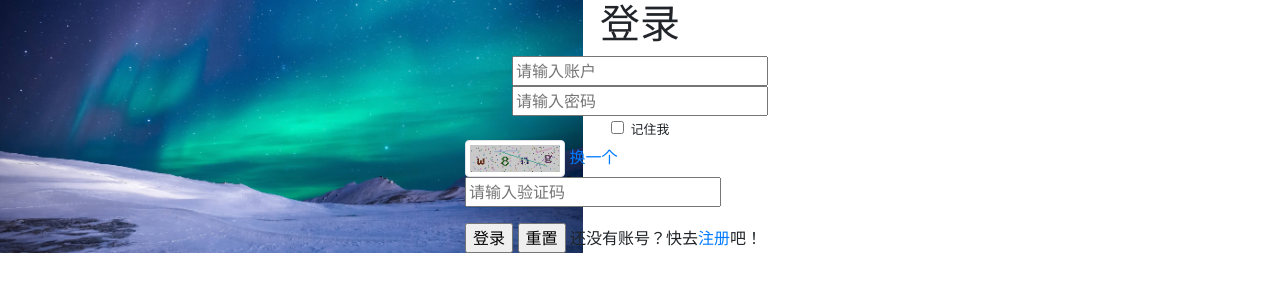
Repository: DHUAVH/Blog
Page: http://localhost/login.php
These files come from the project's save history. The page is drawn as it stood at one moment and after the next save; the edit follows.
The browser window is 1280 px wide. The pictures show the whole page.
Some web libraries are served in a nearby version. The page is run by PHP 8.4 with error messages shown; the project is at /var/www/html/.

Above is the page before, as saved 2020-11-29 17:21:09.

### login.php
<!DOCTYPE html>
<html lang="en">
<head>
    <meta charset="UTF-8">
    <meta name="viewport" content="width=device-width, initial-scale=1.0">
    <link rel="stylesheet" href="https://cdn.staticfile.org/twitter-bootstrap/4.3.1/css/bootstrap.min.css">
    <script src="https://cdn.staticfile.org/jquery/3.2.1/jquery.min.js"></script>
    <script src="https://cdn.staticfile.org/popper.js/1.15.0/umd/popper.min.js"></script>
    <script src="https://cdn.staticfile.org/twitter-bootstrap/4.3.1/js/bootstrap.min.js"></script>
    <title>登陆界面</title>

    <style>
        body{
            background:url(images/bg.jpg);
            background-size:contain;
            background-repeat: no-repeat;
        }
    </style>
</head>

<body>
    <div class="container">
    <h1 class="text-center">登录</h1>
    <div class="row">
        <div class="col-sm-4 offset-sm-4">    <!--使用网格系统和偏移量设置居中-->
            <form role="form" action="loginAction.php" method="POST">
                <div class="text-center">
                    <input id="ID" type="text" name="username"
                        value="<?php echo isset($_COOKIE['username']) ? $_COOKIE['username'] : "";?>"  placeholder="请输入账户" required>
                </div>

                <div class="text-center">
                    <input type="password" id="lastname" name="password" placeholder="请输入密码" required>
                </div>

                <div class="form-check text-center">
                    <label class="form-check-label">
                        <input class="form-check-input" type="checkbox"><small>记住我</small>
                    </label>
                </div>

                <span colspan="2" class="text-center" style="color:red;font-size:10px;"></span>
                    <?php
                        $err = isset($_GET["err"]) ? $_GET["err"] : "";
                        switch($err){
                            case 1:
                                // 可取消的警告框
                                echo "<div class='alert alert-danger alert-dismissible fade show' role='alert'>";
                                echo "<strong>用户名或密码错误!请检查用户名或重新输入密码！</strong>";
                                echo "<button type=button' class='close' data-dismiss='alert' aria-label='Close'>";
                                echo "<span aria-hidden='true'>&times;</span>";
                                echo "</button>";
                            break;

                            case 2:
                                // 可取消的警告框
                                echo "<div class='alert alert-waring alert-dismissible fade show' role='alert'>";
                                echo "<strong>警告!用户名和密码不能为空！</strong>";
                                echo "<button type=button' class='close' data-dismiss='alert' aria-label='Close'>";
                                echo "<span aria-hidden='true'>&times;</span>";
                                echo "</button>";
                            break;

                            case 3:
                                // 可取消的警告框
                                echo "<div class='alert alert-danger alert-dismissible fade show' role='alert'>";
                                echo "<strong>验证码错误!请重新输入验证码！</strong>";
                                echo "<button type=button' class='close' data-dismiss='alert' aria-label='Close'>";
                                echo "<span aria-hidden='true'>&times;</span>";
                                echo "</button>";
                            break;
                        }
                    ?>

                    <div class="justify-content-center">
                        <img id="captcha" src="captcha.php?r=<?php echo rand();?>" width="100" class="img-thumbnail">
                        <a href="javascript:void(0)" onclick="document.getElementById('captcha').src='captcha.php?r='+Math.random()">换一个</a><br>
                        <input type="text" name="authcode" placeholder="请输入验证码" required></p>
                    </div>



                            <td class="text-center" colspan="2">
                                <input type="submit" name="login" value="登录">
                                <input type="reset" name="reset" value="重置">


                            <td class="text-center" colspan="2" >还没有账号？快去<a href="register.php">注册</a>吧！</td>
                </form>
                </div>

            </div>
        </div>
    </div>
</body>
</html>

### captcha.php
<?php
  session_start();

  $image = imagecreatetruecolor(100,30);
  $bgcolor = imagecolorallocate($image,200,200,200);
  imagefill($image,0,0,$bgcolor);

  //验证码内容
  $captcha_code = '';
  for($i=0;$i<4;$i++){
      $fontsize = 5;
      $x = ($i*100 / 4) + rand(5,10);
      $y = rand(5,10);
      $data = 'abcdefghkmnprstuvwx345678';
      $str = $data[rand(0,strlen($data))];
      $captcha_code .= $str;
      $fontcolor = imagecolorallocate($image,rand(0,120),rand(0,120),rand(0,120));
      imagestring($image,$fontsize,$x,$y,$str,$fontcolor);
  }

  $_SESSION['authcode'] = $captcha_code;

  //增加点干扰元素
  for($i=0;$i<200;$i++){
      $pointcolor = imagecolorallocate($image,rand(50,200),rand(50,200),rand(50,200));
      imagesetpixel($image,rand(1,99),rand(1,29),$pointcolor);
  }

  //增加线干扰元素
  for($i=0;$i<4;$i++){
      $linecolor = imagecolorallocate($image,rand(80,220),rand(80,220),rand(80,220));
      imageline($image,rand(1,99),rand(1,29),rand(1,99),rand(1,29),$linecolor);
  }


  header('content-type:image/png');    //输出图片的信息
  imagepng($image);   //输出图片

  imagedestroy($image);
?>

After the next save:
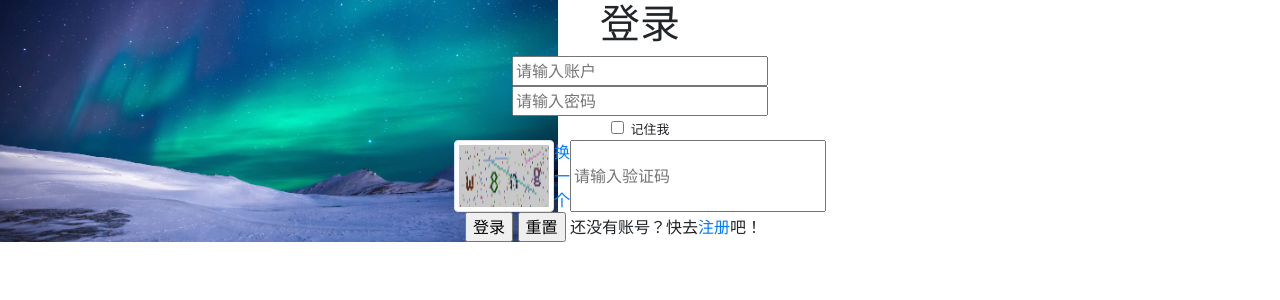
Saved 23 s later.
--- a/login.php
+++ b/login.php
@@ -72,7 +72,7 @@
                         }
                     ?>
 
-                    <div class="justify-content-center">
+                    <div class="d-flex justify-content-center">
                         <img id="captcha" src="captcha.php?r=<?php echo rand();?>" width="100" class="img-thumbnail">
                         <a href="javascript:void(0)" onclick="document.getElementById('captcha').src='captcha.php?r='+Math.random()">换一个</a><br>
                         <input type="text" name="authcode" placeholder="请输入验证码" required></p>
